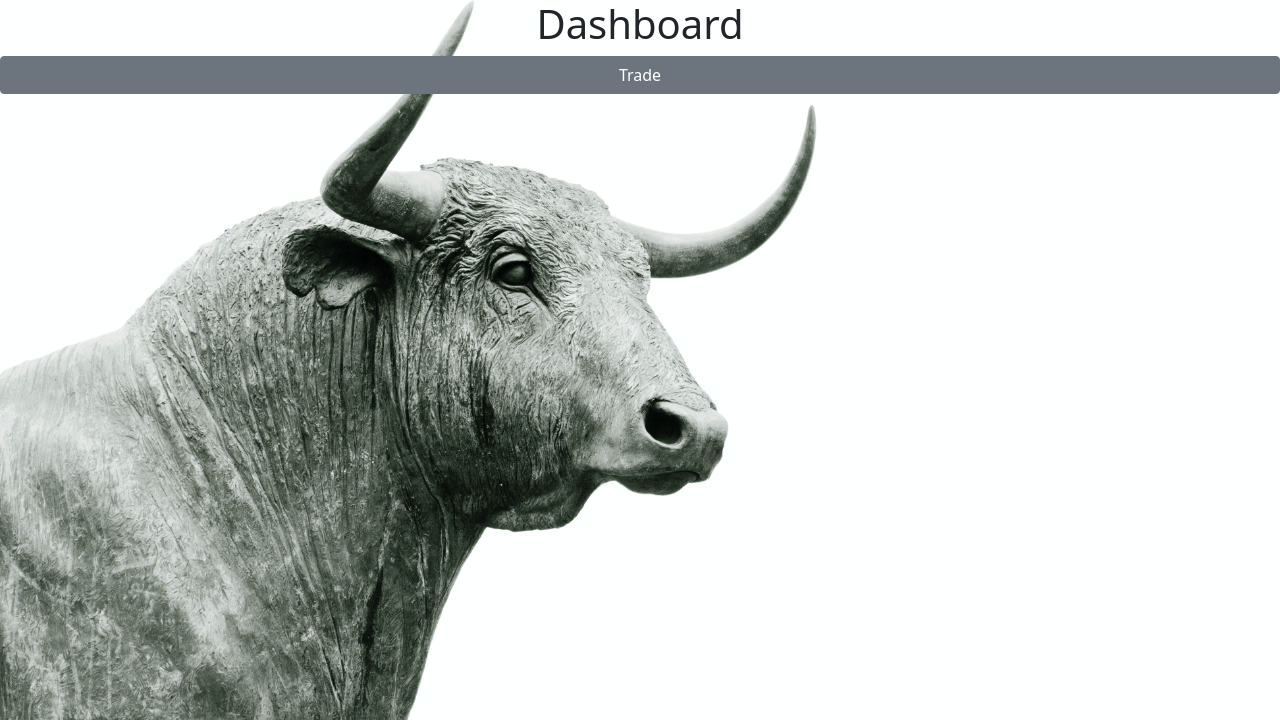
Repository: jmokate/stock-trading-app
Page: /
The author's editor kept a copy of each file at every save. The page is drawn from the files as they stood at one save, then again after the next save.
The browser window is 1280 px wide. The pictures show the whole page.
The project was rebuilt for these pictures with package versions that can differ from the ones it lists, and the page was loaded fresh each time. Also part of the build but not shown: src/Signup.js, src/Login.js, src/SplashPage.js.

Above is the page before, as saved 2021-09-18 15:51:10.

After the next save:
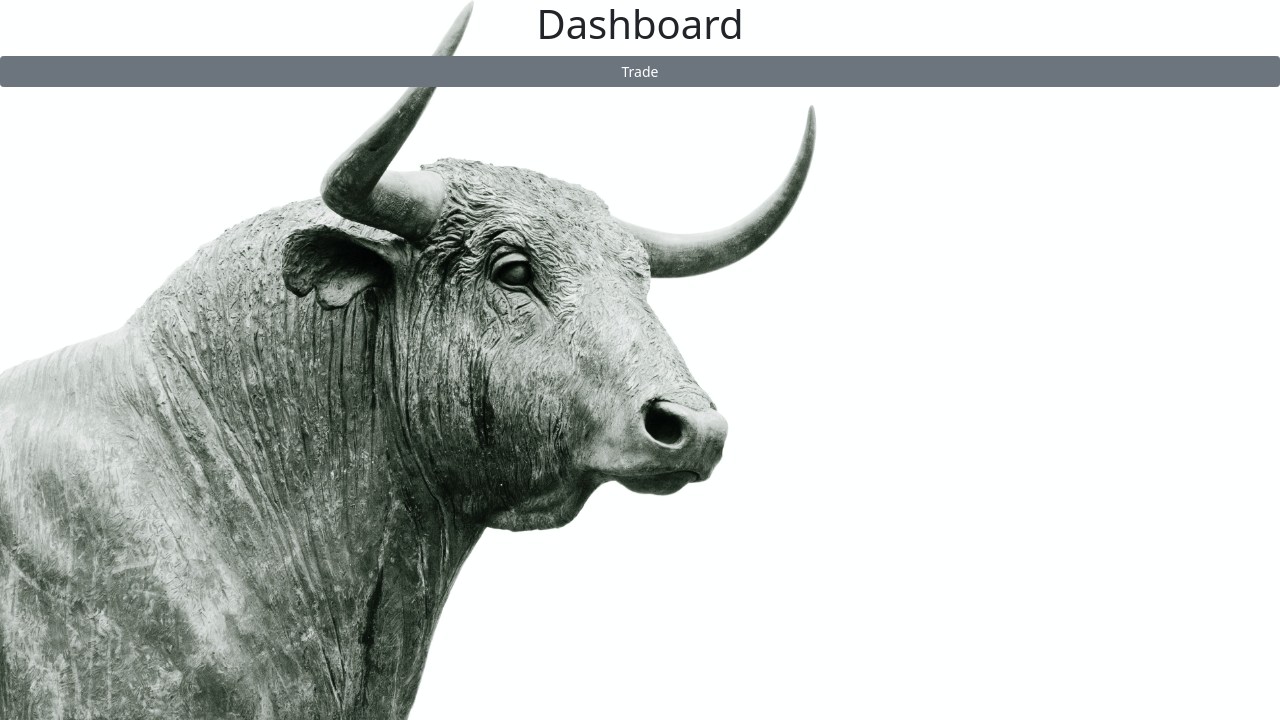
Saved 76 s later.
--- a/src/Dashboard.js
+++ b/src/Dashboard.js
@@ -11,7 +11,7 @@
         <h1 className="text-center">Dashboard</h1>
       </Row>
       <Row>
-        <Button variant="secondary">Trade</Button>
+        <Button variant="secondary" size="sm">Trade</Button>
       </Row>
 
 
